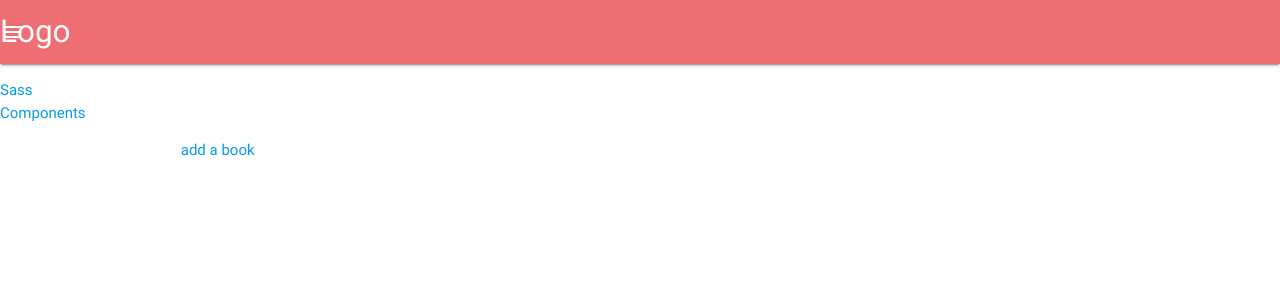
Repository: h8130084/bookReview
Page: http://localhost/
The author's editor kept a record of every edit. The page is drawn from the files as they stood at one moment, then again after the next edit.
The browser window is 1280 px wide. The pictures show the whole page.
Some web libraries are served in a nearby version. The page is served by the project's application, run on Flask 3 (app.py). Queries for data that is not in the repository find no rows.

Above is the page before.
Console error: ReferenceError: M is not defined

After the next edit:
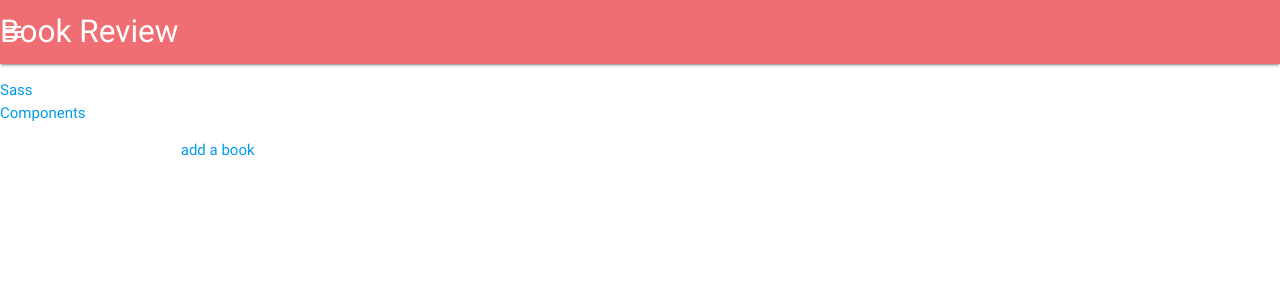
The edit:
--- a/templates/base.html
+++ b/templates/base.html
@@ -18,7 +18,7 @@
     <header>
          <nav>
     <div class="nav-wrapper">
-      <a href="#!" class="brand-logo">Logo</a>
+      <a href="#!" class="brand-logo">Book Review</a>
       <a href="#" data-target="mobile-demo" class="sidenav-trigger"><i class="material-icons">menu</i></a>
       <ul class="right hide-on-med-and-down">
         <li><a href="sass.html">Sass</a></li>
